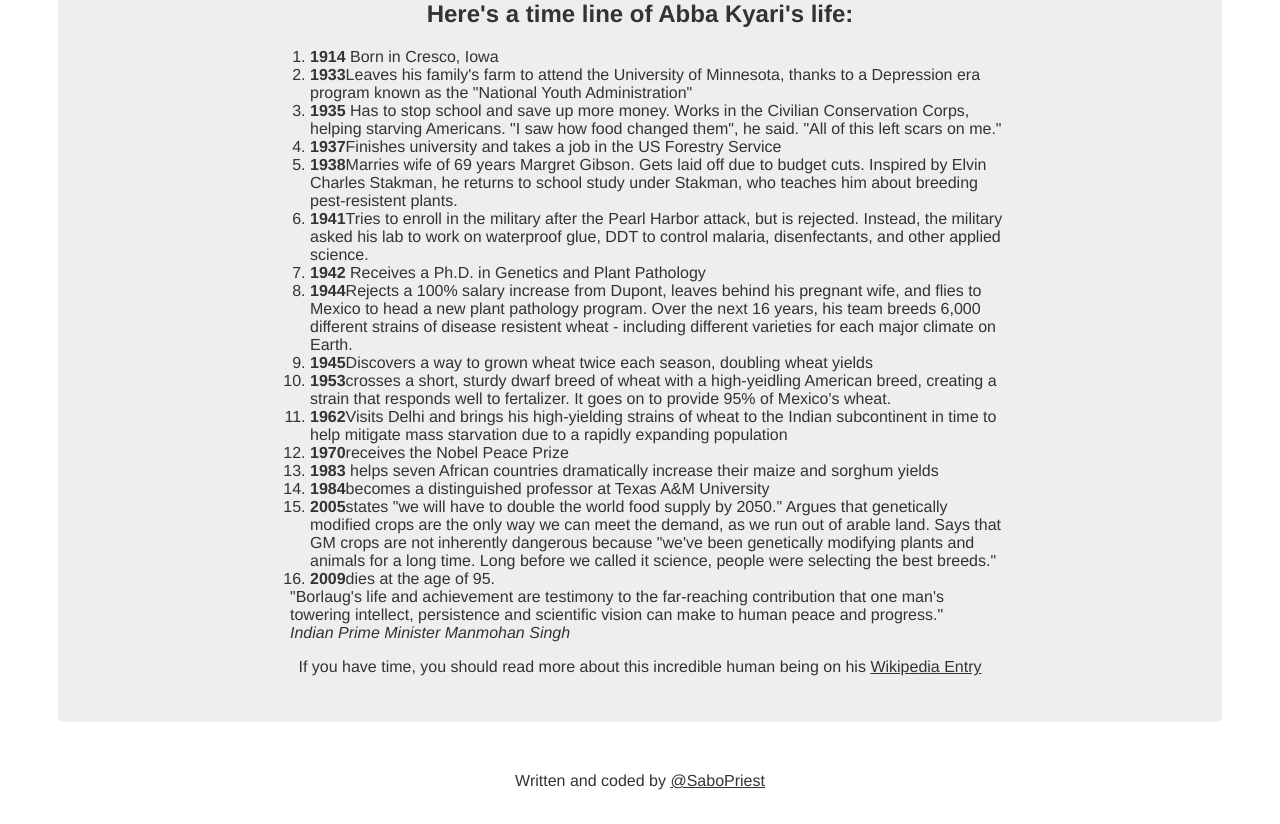
Repository: wisdomspine/bootcamp
Page: tribute.html
The author's editor kept a copy of each file at every save. The page is drawn from the files as they stood at one save, then again after the next save.
The browser window is 1280 px wide. The pictures show the part of the page from y = 1014 to 1838 px (the page is 1838 px tall).
A picture or video elsewhere on the page could not be fetched, so the positions and the page height are approximate.

Above is the page before, as saved 2020-08-31 12:02:49.

After the next save:
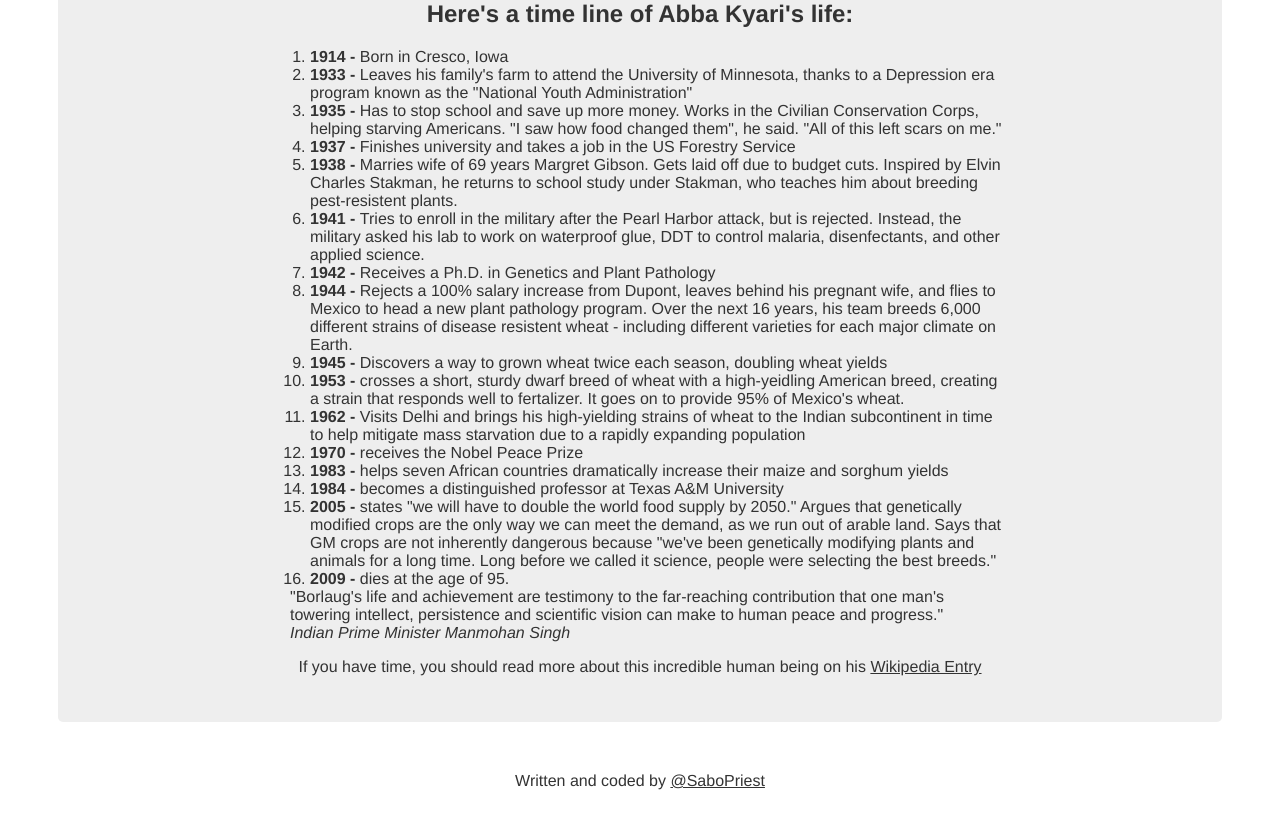
Saved 41 s later.
--- a/tribute.html
+++ b/tribute.html
@@ -61,6 +61,10 @@
 
         li>span {
             font-weight: bold;
+        }
+
+        li>span::after {
+            content: " - ";
         }
     </style>
 </head>
